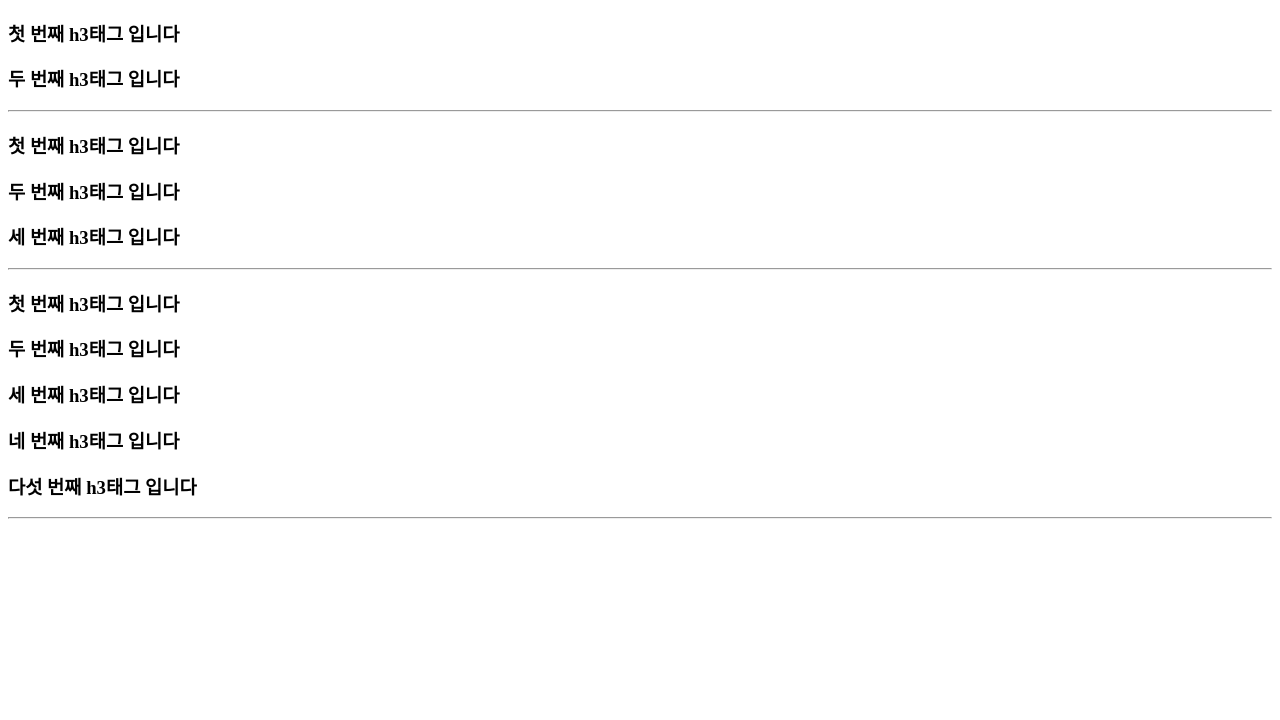
Repository: HyoJun00/Vue_JS
Page: Component/src/main/webapp/index.html
The author's editor kept a copy of each file at every save. The page is drawn from the files as they stood at one save, then again after the next save.
The browser window is 1280 px wide. The pictures show the whole page.

Above is the page before, as saved 2025-07-15 05:55:50.

### Component/src/main/webapp/index.html
<!DOCTYPE html>
<html>
<head>
<meta charset="UTF-8">
<title>Insert title here</title>
<script src="https://cdn.jsdelivr.net/npm/vue@2"></script>
<script>
	Vue.component('component1', {
		template : '<div>'
				 + '<h3>첫 번째 h3태그 입니다</h3>'
				 + '<h3>두 번째 h3태그 입니다</h3>'
				 + '</div>'
	})

	Vue.component('component2', {
		template : '<h3>세 번째 h3태그 입니다</h3>'
	})

	Vue.component('data_component', {
		template : '<div>'
				 + '<h3>데이터를 사용하는 템플릿</h3>'
				 + '<h3>{{a1}}</h3>'
				 + '<h3>{{a2}}</h3>'
				 + '<h3>{{test_method1()}}</h3>'
				 + '</div>',
		data : function(){
			rtn_obj = {
					a1 : '문자열1',
					a2 : '문자열2'
			}
			return rtn_obj
		},
		method : {
			test_method1 : function(){
				return '메서드 호출'
			}
		}
	})

	window.onload = function(){
		var test1 = new Vue({
			el : '#test1'
		})

		var test2 = new Vue({
			el : '#test2'
		})

		var test3 = new Vue({
			el : '#test3',
			components : {
				'component3' : {
					template : '<h3>네 번째 h3태그 입니다</h3>'
				},
				'component4' : {
					template : '<h3>다섯 번째 h3태그 입니다</h3>'
				}
			}
		})

		var test4 = new Vue({
			el : '#test4'
		})
	}
</script>
</head>
<body>
	<div id="test1">
		<component1></component1>
	</div>
	<hr/>
	<div id="test2">
		<component1></component1>
		<component2></component2>
		<!-- <component3></component3> -->
	</div>
	<hr/>
	<div id="test3">
		<component1></component1>
		<component2></component2>
		<component3></component3>
		<component4></component4>
	</div>
	<hr/>
	<div id="test4">
		<data_component></data_component>
	</div>
</body>
</html>

After the next save:
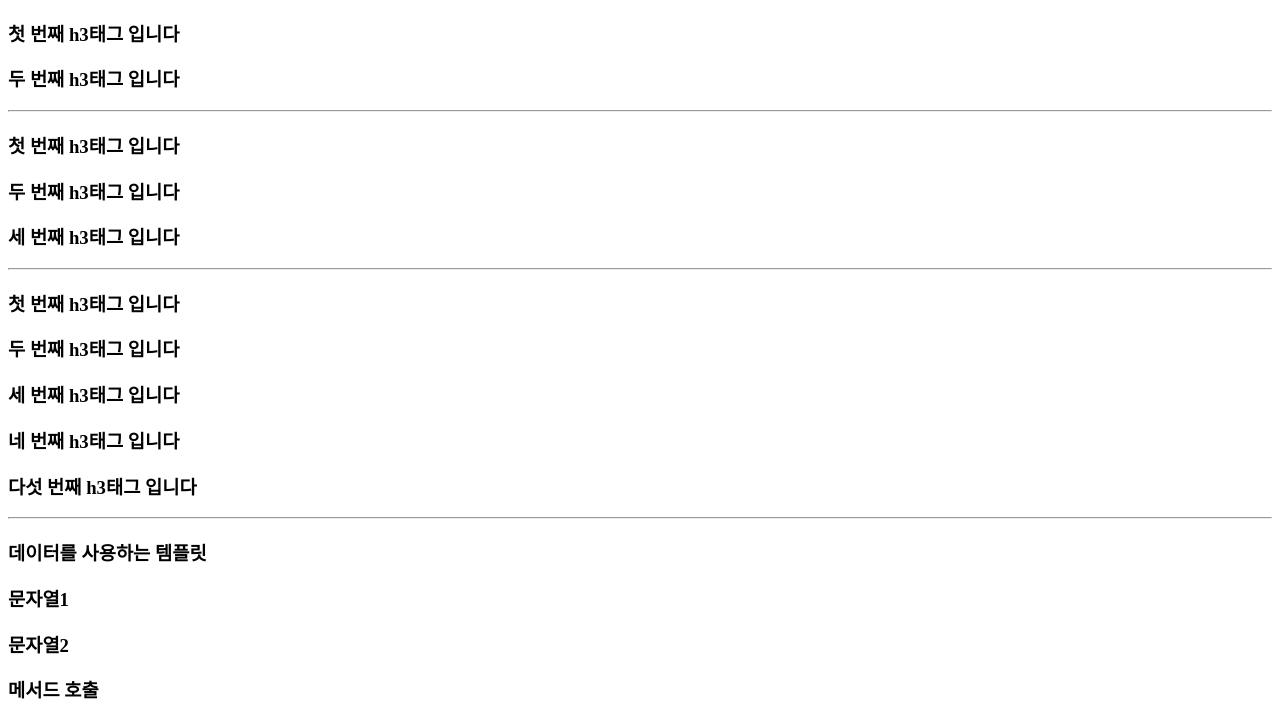
Saved 97 s later.
--- a/Component/src/main/webapp/index.html
+++ b/Component/src/main/webapp/index.html
@@ -30,7 +30,7 @@
 			}
 			return rtn_obj
 		},
-		method : {
+		methods : {
 			test_method1 : function(){
 				return '메서드 호출'
 			}

After the save that followed:
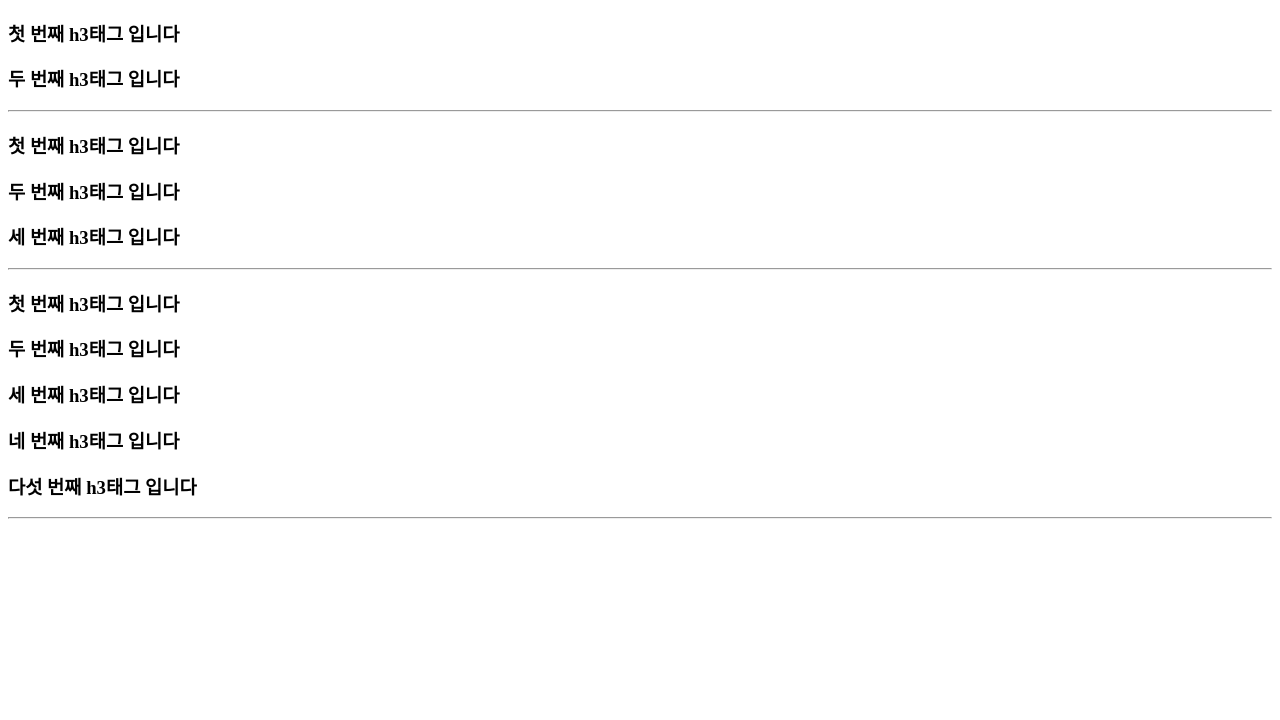
Saved 36 s later.
--- a/Component/src/main/webapp/index.html
+++ b/Component/src/main/webapp/index.html
@@ -29,12 +29,8 @@
 					a2 : '문자열2'
 			}
 			return rtn_obj
-		},
-		methods : {
-			test_method1 : function(){
-				return '메서드 호출'
-			}
 		}
+
 	})
 
 	window.onload = function(){
